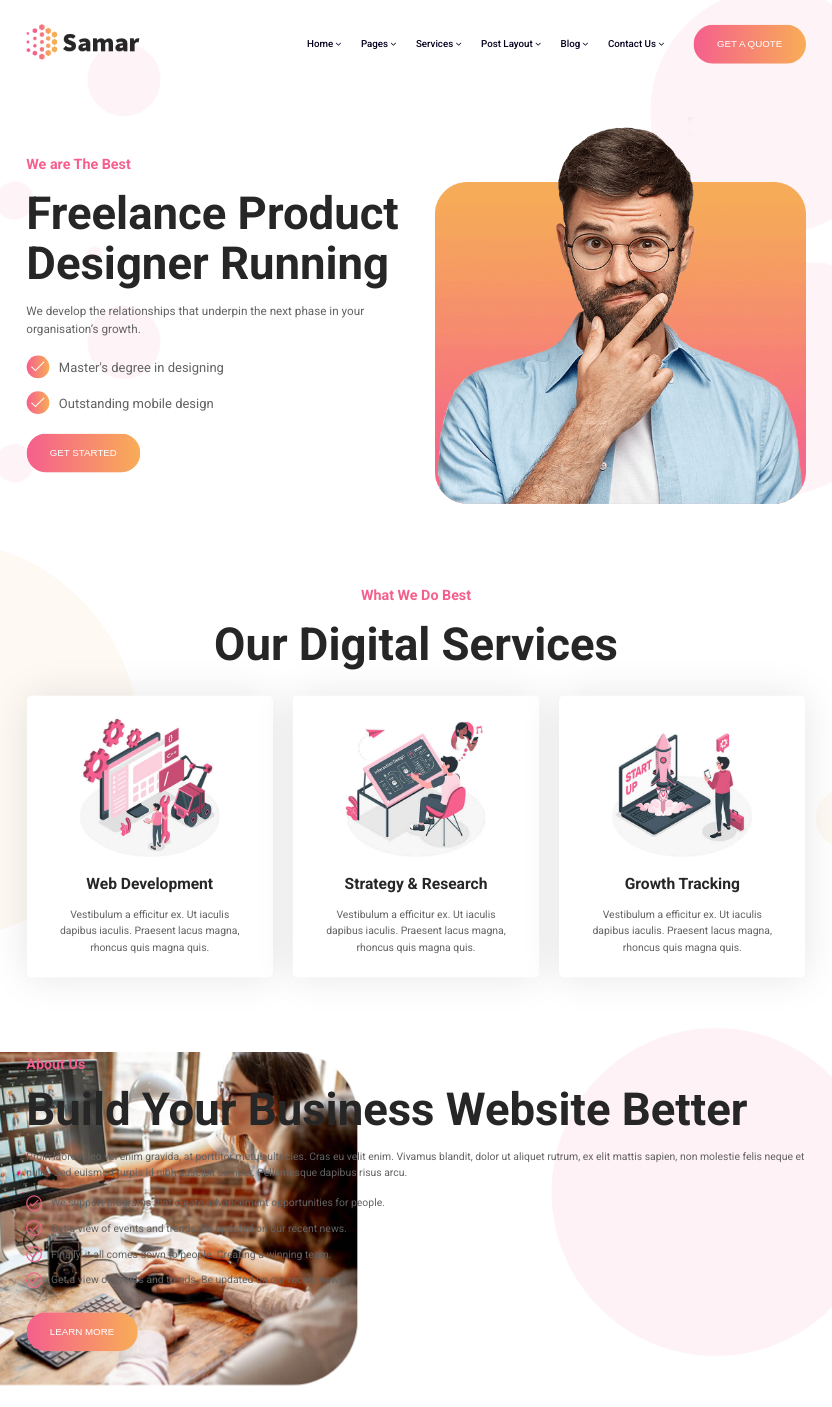
Repository: ducdatit2002/samar
Page: index.html
An editor plug-in stored every save of this project. The page is shown before and after a run of saves, followed by the edit.
The browser window is 1280 px wide. The pictures show the whole page, at 65% of full size.

Above is the page before, as saved 2023-07-27 09:14:00.

After the next 2 saves:
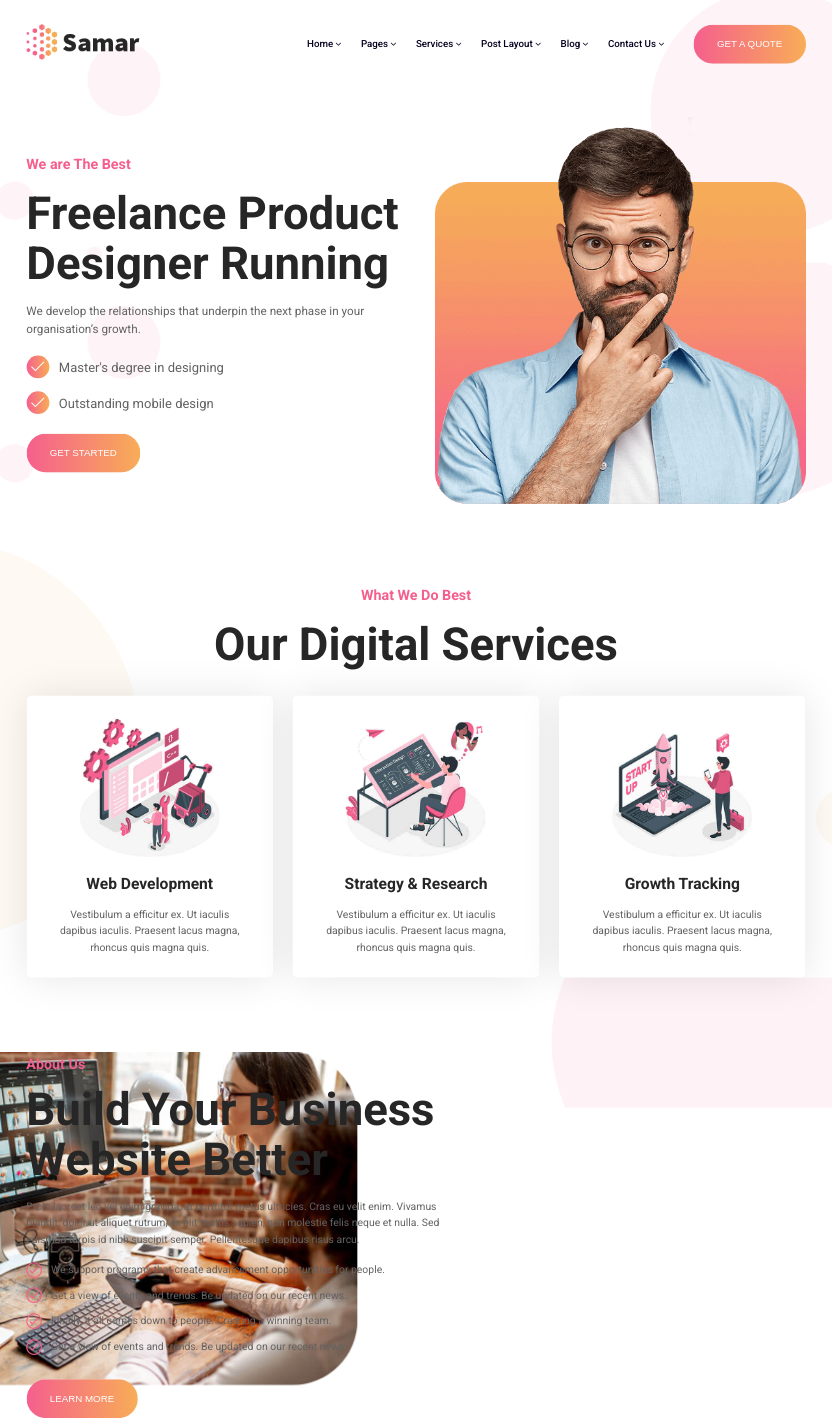
The 2 saves are shown as one change because they came seconds apart.
The last was saved 14 s later.
--- a/index.css
+++ b/index.css
@@ -210,7 +210,7 @@ header {
     border-radius: 0 100px 100px 0;
 }
 .aboutUs__right {
-  po
+  position: absolute;
     width: 50%;
 }
 .aboutUs__right p {
